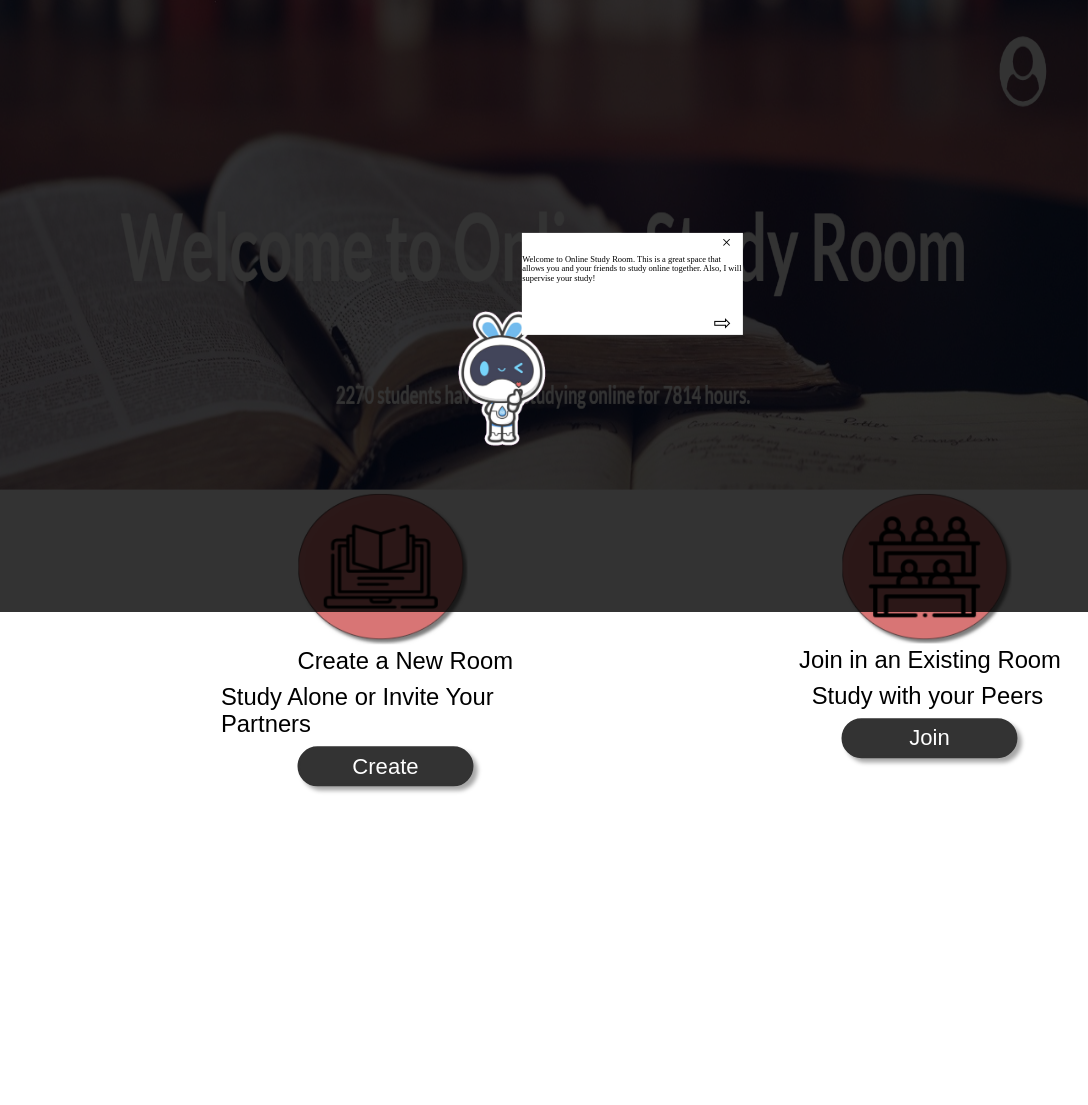
Repository: Team-Extrememe/Online-Study-Room
Page: home.html
The author's editor kept a copy of each file at every save. The page is drawn from the files as they stood at one save, then again after the next save.
The browser window is 1280 px wide. The pictures show the whole page, at 85% of full size.

Above is the page before, as saved 2021-10-06 14:27:05.
Console error: TypeError: Cannot set properties of null (setting 'onclick')

After the next save:
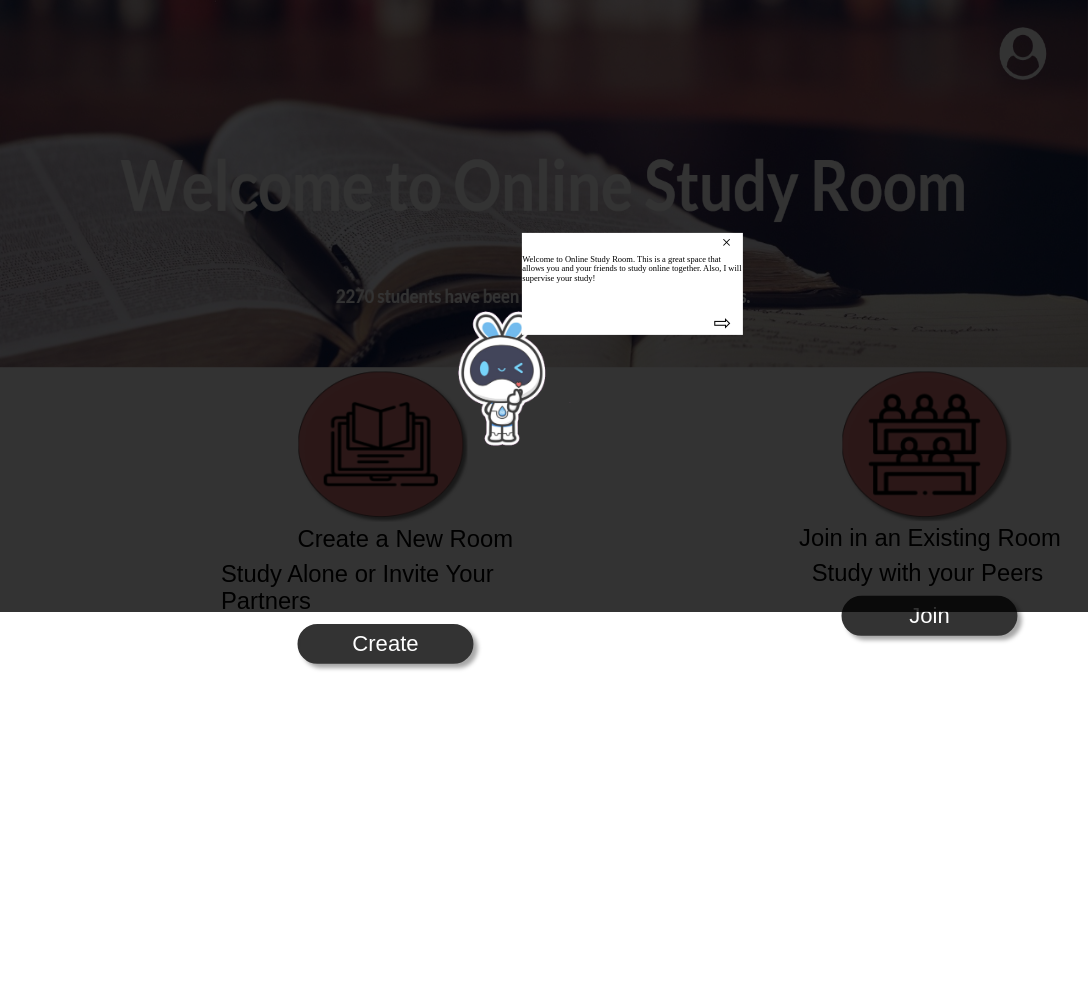
Saved 4 h 18 min later.
--- a/css/style.css
+++ b/css/style.css
@@ -137,7 +137,7 @@ input[type="submit"]:hover{
 
 .home{
     width: 100%;
-    height: 36em;
+    height: 60%;
 }
 
 .account{
